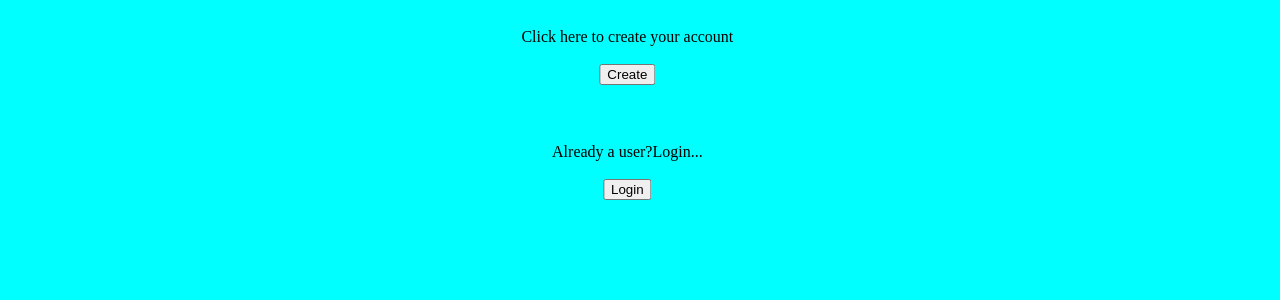
Repository: rosikraj/TurbifyTraining
Page: Wallet/WebContent/button.html
The author's editor kept a copy of each file at every save. The page is drawn from the files as they stood at one save, then again after the next save.
The browser window is 1280 px wide. The pictures show the whole page.

Above is the page before, as saved 2023-09-24 05:59:57.

### Wallet/WebContent/button.html
<!DOCTYPE html>
<html>
<head>
<meta charset="ISO-8859-1">
<title>Insert title here</title>
<script type="text/javascript">
        window.history.forward();
        function noBack() {
            window.history.forward();
        }
    </script>
<style>
    	form{

    		align:center;
    		display:block;

    		padding:20px;
    		transform:translateX(-1%);
    	}
    </style>
</head>
<body bgcolor="cyan" text="black">
<center>
<form method="post" action="create.jsp">
Click here to create your account<br><br>

<input type="submit" name="create" value="Create"><br><br>
</form>
<form method="post" action="login.jsp">
Already a user?Login...<br><br>
<input type="submit" name="login" value="Login">
</form>
</center>
</body>
</html>

After the next save:
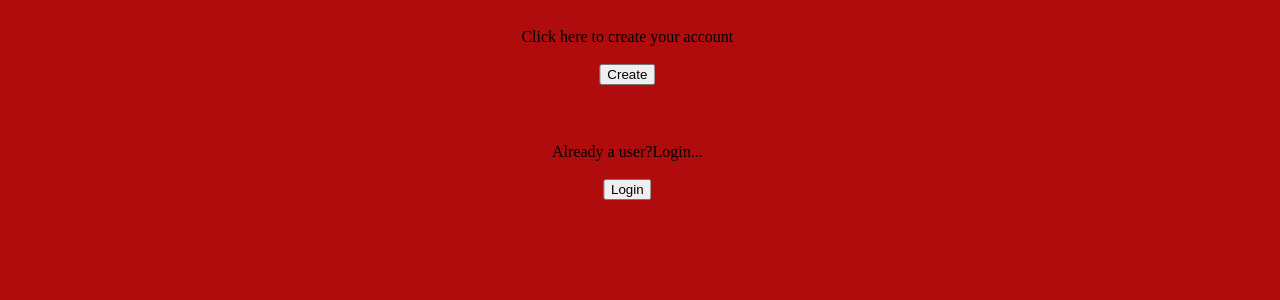
Saved 34 s later.
--- a/Wallet/WebContent/button.html
+++ b/Wallet/WebContent/button.html
@@ -20,7 +20,7 @@
     	}
     </style>
 </head>
-<body bgcolor="cyan" text="black">
+<body bgcolor="Biscue" text="black">
 <center>
 <form method="post" action="create.jsp">
 Click here to create your account<br><br>
